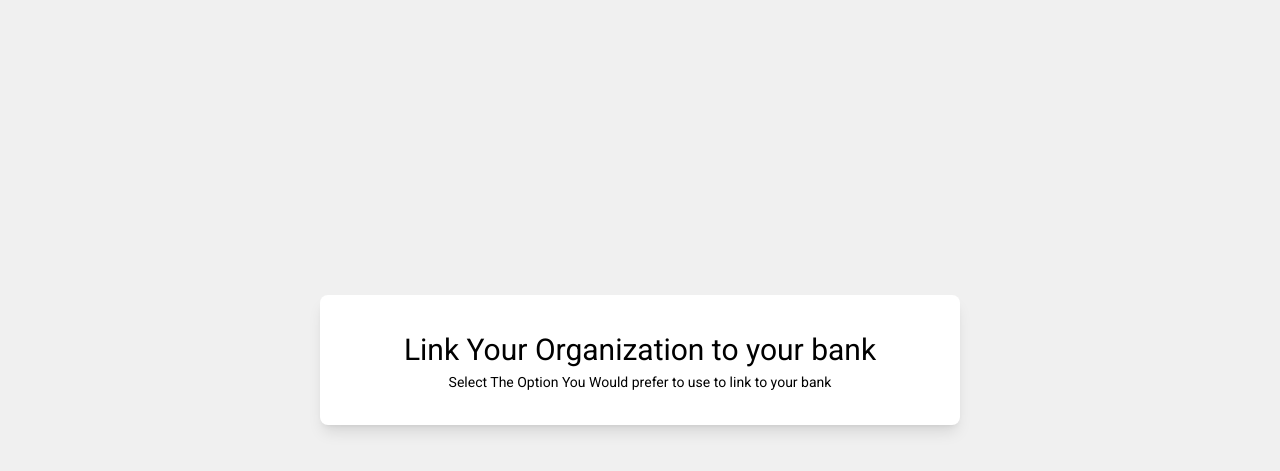
Repository: Nathan-spec/link_to_org
Page: /
The author's editor kept a copy of each file at every save. The page is drawn from the files as they stood at one save, then again after the next save.
The browser window is 1280 px wide. The pictures show the whole page.
The project was rebuilt for these pictures with package versions that can differ from the ones it lists, and the page was loaded fresh each time. The framework's server and built-in components were replaced by stand-ins that run in the browser. Also part of the build but not shown: next.config.ts.

Above is the page before, as saved 2024-10-25 13:17:49.

After the next save:
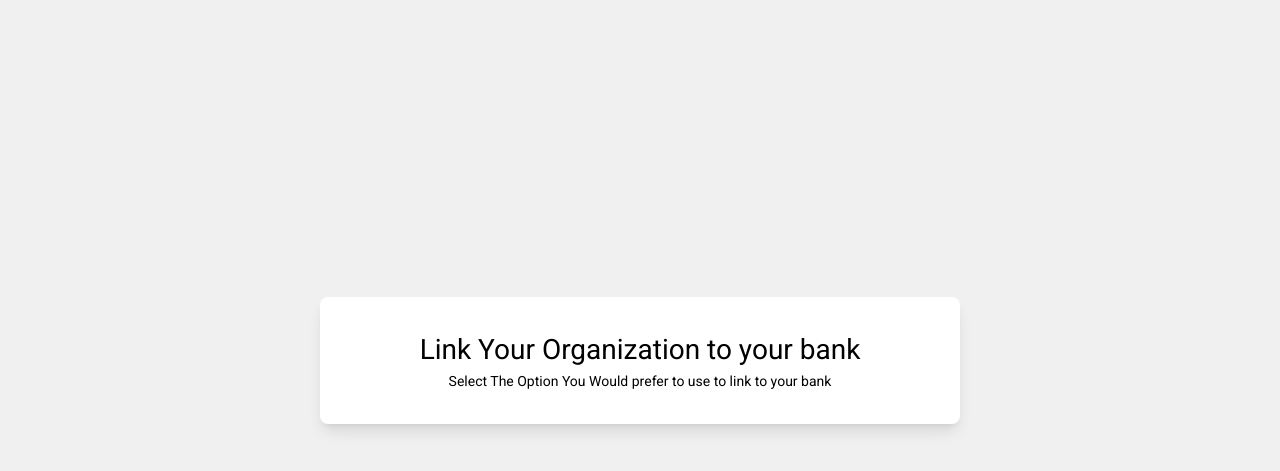
Saved 6 s later.
--- a/app/page.tsx
+++ b/app/page.tsx
@@ -14,7 +14,7 @@ export default function Home() {
     >
       <div className={`w-3/4  md:w-2/3 lg:w-1/2 p-8 bg-white rounded-lg shadow-lg`}>
       {/* Inner card component */}
-      <h1 style={{fontSize: '30px', color: 'black', textAlign: 'center', }}>
+      <h1 style={{fontSize: '28px', color: 'black', textAlign: 'center', }}>
         Link Your Organization to your bank
       </h1>
       <h2 style={{fontSize: '14px', color: 'black', textAlign: 'center', }}>
